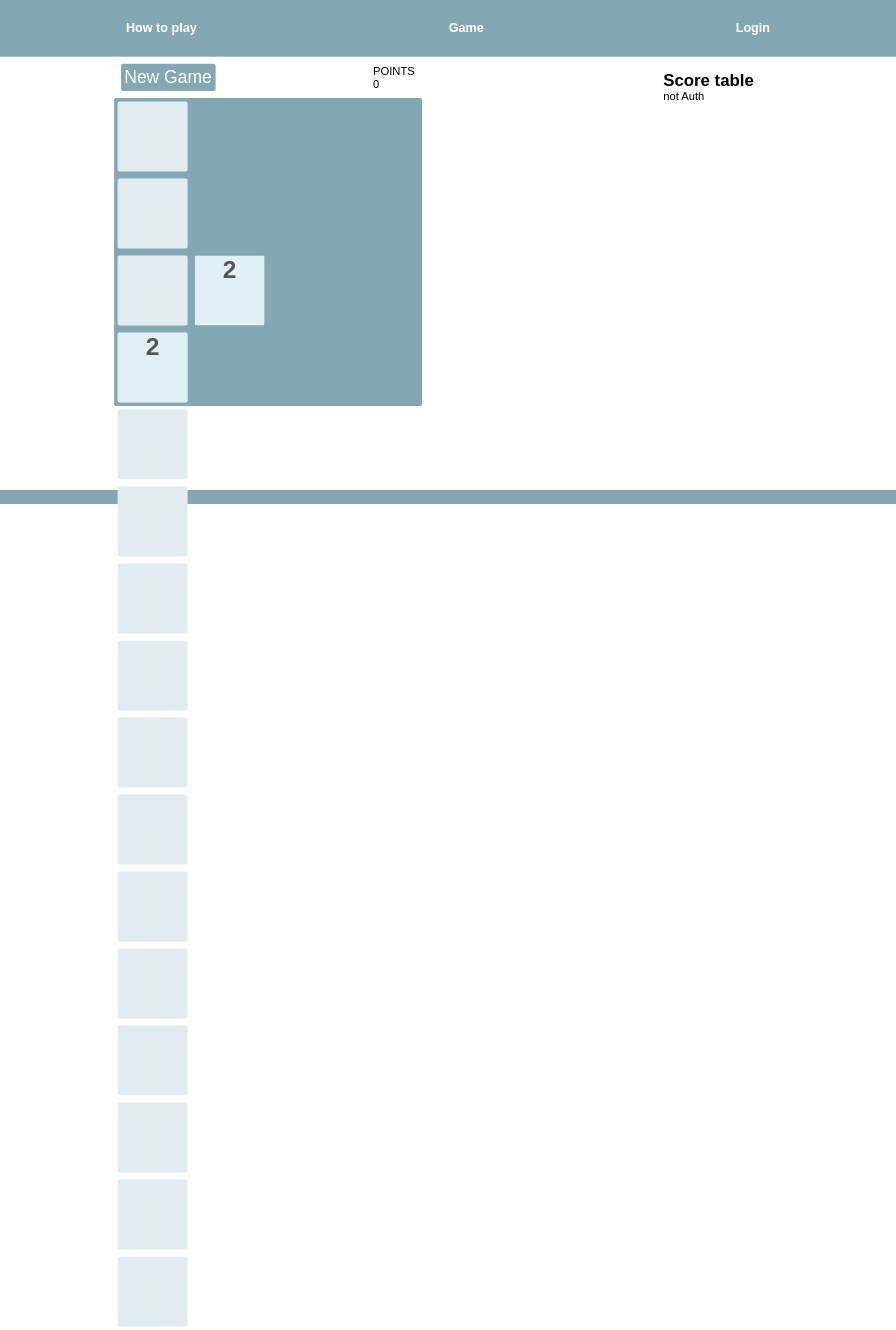
Repository: nika-otter/2048
Page: / (app in client/)
These files come from the project's save history. The page is drawn as it stood at one moment and after the next save; the edit follows.
The browser window is 1280 px wide. The pictures show the whole page, at 70% of full size.
The project was rebuilt for these pictures with package versions that can differ from the ones it lists, and the page was loaded fresh each time. Also part of the build but not shown: client/src/components/Login/LoginForm.js, client/src/pages/account/index.jsx, client/src/components/Game/GameOverlay.jsx, client/src/components/InstructionPage/InstructionPage.module.scss, client/src/components/HowToPlay/howtoplay.module.scss, client/src/components/HowToPlay/howtoplay.jsx, client/src/components/InstructionPage/InstructionPage.jsx, client/src/pages/Instruction/index.jsx and 4 more.

Above is the page before, as saved 2023-05-01 23:49:32.

After the next save:
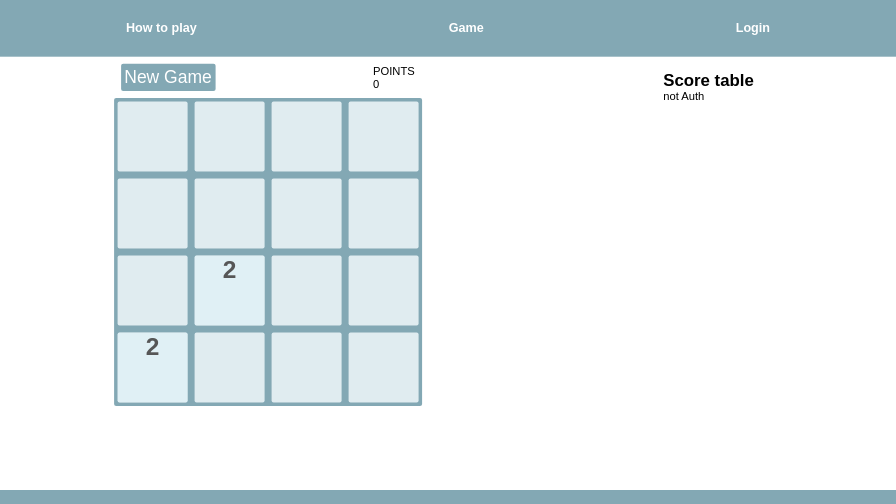
Saved 61 s later.
--- a/client/src/components/Game/Cell.jsx
+++ b/client/src/components/Game/Cell.jsx
@@ -2,9 +2,9 @@ import React from "react";
 
 const Cell = ({ id }) => {
   return (
-    <div className="cellblock">
-      <span className="cell"></span>
-    </div>
+    // <div className="cellblock">
+    <div className="cell"></div>
+    // </div>
   );
 };
 
